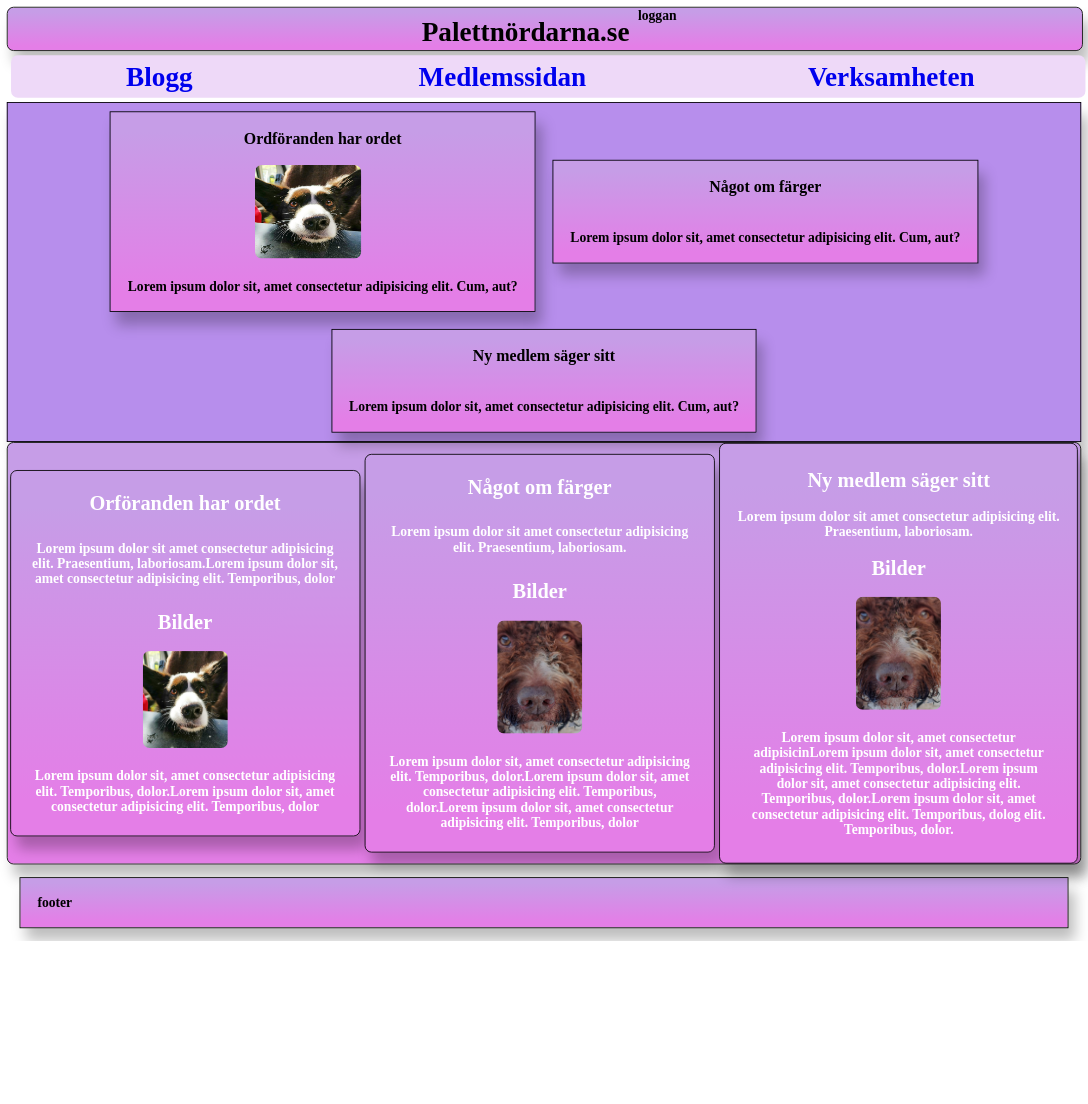
Repository: Webutveckling-20-21/lektion-3-CSS
Page: verksamheten.html
The author's editor kept a copy of each file at every save. The page is drawn from the files as they stood at one save, then again after the next save.
The browser window is 1280 px wide. The pictures show the whole page, at 85% of full size.
Some web fonts or font styles are not loaded; a fallback is used.

Above is the page before, as saved 2021-10-02 15:55:29.

### verksamheten.html
<!DOCTYPE html>
<html lang="en">

<head>
    <meta charset="UTF-8">
    <meta http-equiv="X-UA-Compatible" content="IE=edge">
    <meta name="viewport" content="width=device-width, initial-scale=1.0">
    <link rel="stylesheet" href="style1.css">
    <title>lektion 3</title>
</head>

<body>
    <div class="header">
        <h1>Palettnördarna.se</h1>
        <div class="logo">
            loggan
        </div>

    </div>

    <ul class="navbar">

        <li class="nav-list"> <a href="index.html">Blogg</a></li>
        <li><a href="om oss.html">Medlemssidan</a></li>
        <li><a href="verksamheten.html">Verksamheten</a></li>

    </ul>

    <div class="main-center">

        <div class="article1">
            <h3>Ordföranden har ordet</h3>
            <img src="images/ord.jpg" class="thumbnail" height="110" width="110" alt="Bild på ordföranden">
            <p>Lorem ipsum dolor sit, amet consectetur adipisicing elit. Cum, aut?</p>
        </div>
        <div class="article3">
            <h3>Något om färger</h3>
            <p>Lorem ipsum dolor sit, amet consectetur adipisicing elit. Cum, aut?</p>
        </div>
        <div class="article3">
            <h3>Ny medlem säger sitt</h3>
            <p>Lorem ipsum dolor sit, amet consectetur adipisicing elit. Cum, aut?</p>
        </div>
    </div>
    <div class="box">
        <div class="blue">
            <h2>Orföranden har ordet</h2>
            <p>Lorem ipsum dolor sit amet consectetur adipisicing elit. Praesentium, laboriosam.Lorem ipsum dolor sit,
                amet consectetur adipisicing elit. Temporibus, dolor </p>
            <div class="images">
                <h2>Bilder</h2>
                <img src="images/ord.jpg" alt="bild">
                <p>Lorem ipsum dolor sit, amet consectetur adipisicing elit. Temporibus, dolor.Lorem ipsum dolor sit,
                    amet consectetur adipisicing elit. Temporibus, dolor</p>
            </div>
        </div>
        <div class="green">
            <h2>Något om färger</h2>
            <p>Lorem ipsum dolor sit amet consectetur adipisicing elit. Praesentium, laboriosam. </p>
            <div class="images">
                <h2>Bilder</h2>
                <img src="images/olle.jpg" alt="bild">
                <p>Lorem ipsum dolor sit, amet consectetur adipisicing elit. Temporibus, dolor.Lorem ipsum dolor sit,
                    amet consectetur adipisicing elit. Temporibus, dolor.Lorem ipsum dolor sit, amet consectetur
                    adipisicing elit. Temporibus, dolor</p>
            </div>
        </div>
        <div class="red">
            <h2>Ny medlem säger sitt</h2>
            <div>Lorem ipsum dolor sit amet consectetur adipisicing elit. Praesentium, laboriosam.
                <div class="images">
                    <h2>Bilder</h2>
                    <img src="images/olle.jpg" alt="bild">
                    <p>Lorem ipsum dolor sit, amet consectetur adipisicinLorem ipsum dolor sit, amet consectetur
                        adipisicing elit. Temporibus, dolor.Lorem ipsum dolor sit, amet consectetur adipisicing elit.
                        Temporibus, dolor.Lorem ipsum dolor sit, amet consectetur adipisicing elit. Temporibus, dolog
                        elit. Temporibus, dolor.</p>
                </div>
            </div>
        </div>
    </div>
</body>
<div class="footer-place"> footer</div>





</html>

### style1.css
@import url('https://fonts.googleapis.com/css2?family=Grechen+Fuemen&display=swap');

body {
    font-family: 'Grechen Fuemen', cursive;
    font-weight: bolder;
}
.header{
    display:flex;
    width: 100%;
    height:50px;
    border:1px solid black;
    background: linear-gradient(to bottom, #c69de7 10%, #e47ee7 90%);
    box-shadow: 7.6px 15.2px 15.2px hsl(0deg 0% 0% / 0.26);
    border-radius:8px;
    justify-content: center;
}
.header h1 {
    margin:10px;
}

.navbar {
    width: 100%;
    height: 50px;
    display: flex;
    align-items: center;
    justify-content: space-around;
    background-color: #eed9f8;
    margin: 5px;
    border-radius:8px;
}

ul {

    list-style-type: none;
    display: flex;
    margin: 0;
    padding: 0;
    overflow: hidden;
}

.nav-list {
    margin: 5px;
}

a {
    text-decoration: none;
    font-size: 2rem;

}

a:hover {
    color: blue;
}
.thumbnail:hover {
    position:relative;
    top:-20px;
    left:-30px;
    width:500px;
    height:auto;
    display:block;
    z-index:999;
}
/* <img src="[your hosted image URL]" class="thumbnail" height="100" width="100" />  */



.box {
    background: linear-gradient(to bottom, #c69de7 10%, #e47ee7 90%);
    /* height:200px; */
    display: flex;
    max-width: 100%;
    align-items: center;
    justify-content: center;
    border: 1px solid black;
    border-radius: 8px;
    flex-wrap: wrap;
    justify-content: center;
    /* opacity: 0.5; */
    box-shadow: 7.6px 15.2px 15.2px hsl(0deg 0% 0% / 0.26);
}

.blue {

    background: linear-gradient(to bottom, #c69de7 10%, #e47ee7 90%);
    max-width: 400px;
    margin: auto;
    border: 1px solid black;
    color: white;
    text-align: center;
    border-radius: 8px;
    justify-content: center;
    padding: 5px;
    box-shadow: 7.6px 15.2px 15.2px hsl(0deg 0% 0% / 0.26);


}

.green {

    background: linear-gradient(to bottom, #c69de7 10%, #e47ee7 90%);
    max-width: 400px;
    margin: auto;
    border: 1px solid black;
    color: white;
    text-align: center;
    border-radius: 8px;
    justify-content: center;
    padding: 5px;
    box-shadow: 7.6px 15.2px 15.2px hsl(0deg 0% 0% / 0.26);


}

.red {

    background: linear-gradient(to bottom, #c69de7 10%, #e47ee7 90%);
    max-width: 400px;
    margin: auto;
    color: white;
    text-align: center;
    border: 1px solid black;

    border-radius: 8px;
    justify-content: center;
    padding: 10px;
    box-shadow: 7.6px 15.2px 15.2px hsl(0deg 0% 0% / 0.26);

}

img {
    width: 25%;
    border-radius: 8px;
    max-width: 300px;
    margin: auto;
}

h2 {
    justify-content: center;
}

.main-center h3 {
    justify-content: center;
}

.main-center {
    display: flex;
    flex-direction: row;
    flex-wrap: wrap;
    border: 1px solid black;
    align-items: center;
    justify-content: center;
    background-color: rgb(183, 142, 236);
    box-shadow: 7.6px 15.2px 15.2px hsl(0deg 0% 0% / 0.26);
}

.article1 {
    margin: 10px;
    border: 1px solid black;
    justify-content: center;
    align-items: center;
    background: linear-gradient(to bottom, #c69de7 10%, #e47ee7 90%);
    box-shadow: 7.6px 15.2px 15.2px hsl(0deg 0% 0% / 0.26);

}
.article1 img {
    border-radius: 8px;
    margin-left: 170px;
}

.article2 {
    margin: 10px;
    border: 1px solid black;
    background-color: rgb(172, 125, 233);
    box-shadow: 7.6px 15.2px 15.2px hsl(0deg 0% 0% / 0.26);
    background: linear-gradient(to bottom, #c69de7 10%, #e47ee7 90%);

}

.article3 {
    margin: 10px;
    border: 1px solid black;
    background: linear-gradient(to bottom, #c69de7 10%, #e47ee7 90%);
    box-shadow: 7.6px 15.2px 15.2px hsl(0deg 0% 0% / 0.26);
}

h3 {
    margin: auto;
}

p {
    text-align: center;
    margin: 10px;
    padding: 10px;
}

h3 {
    padding: 20px;
    text-align: center;
}

.footer-place {
    padding: 20px;
    margin: 15px;
    border: 1px solid black;
    background: linear-gradient(to bottom, #c69de7 10%, #e47ee7 90%);
    box-shadow: 7.6px 15.2px 15.2px hsl(0deg 0% 0% / 0.26);
}

After the next save:
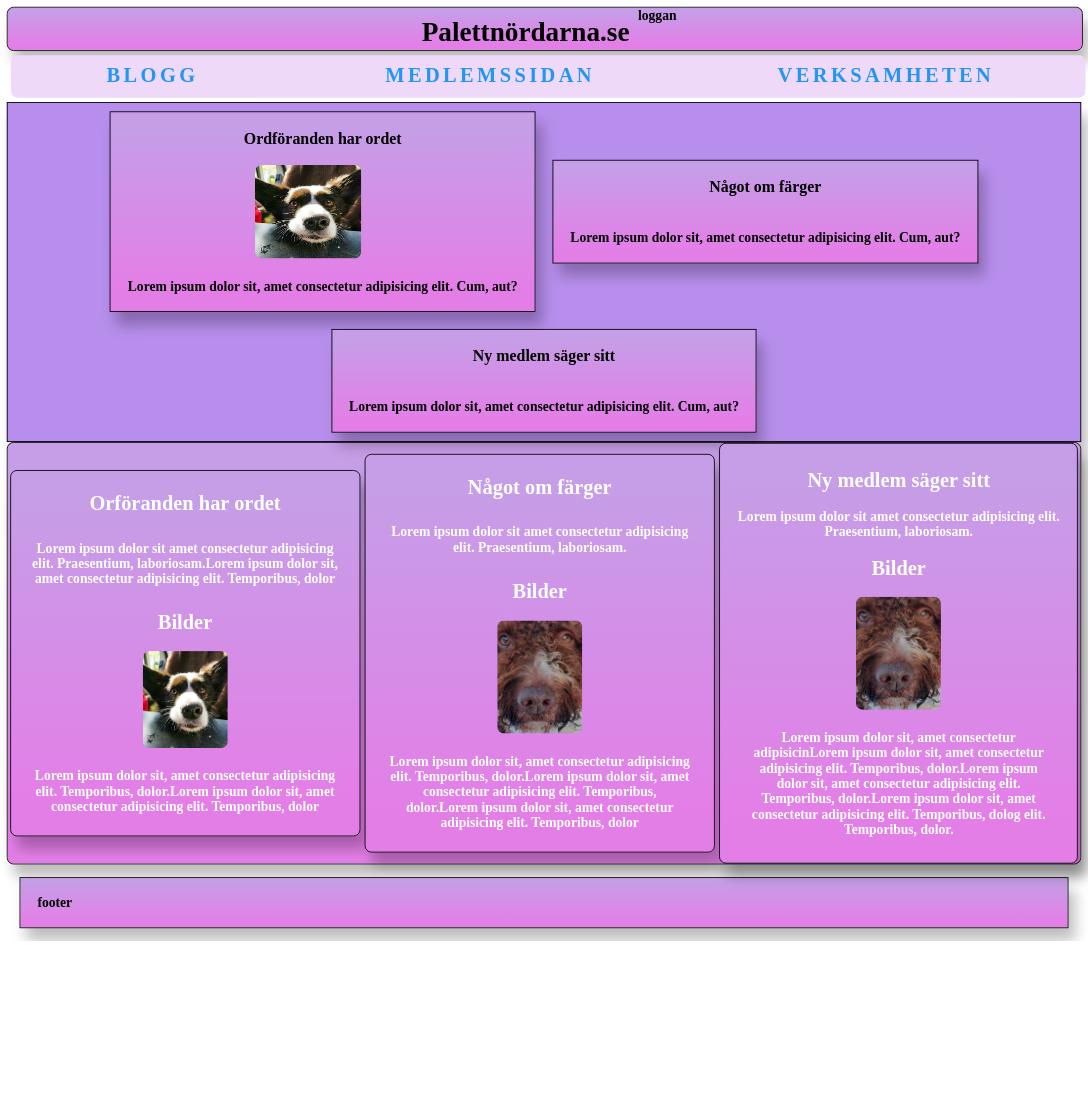
Saved 4 min 30 s later.
--- a/style1.css
+++ b/style1.css
@@ -41,24 +41,71 @@ ul {
 .nav-list {
     margin: 5px;
 }
-
-a {
+a
+{
+    position: relative;
+    display: inline-block;
+    padding: 15px 30px;
+    color: #2196F3;
+    text-transform: uppercase;
+    letter-spacing: 4px;
     text-decoration: none;
-    font-size: 2rem;
-
-}
-
-a:hover {
-    color: blue;
-}
-.thumbnail:hover {
-    position:relative;
-    top:-20px;
-    left:-30px;
-    width:500px;
-    height:auto;
-    display:block;
-    z-index:999;
+    font-size: 24px;
+    overflow: hidden;
+    transition: 0.2s;
+}
+a:hover
+{
+    color: #255784;
+    background: #2196F3;
+    transition-delay: 1s;
+    box-shadow: 0 0 10px #2196F3, 0 0 40px #2196F3, 0 0 80px #2196F3;
+}
+a span
+{
+    position: absolute;
+    display: block;
+}
+a span:nth-child(1)
+{
+    top: 0;
+    left: -100%;
+    width: 100%;
+    height: 2px;
+    background: linear-gradient(90deg,transparent,#2196F3);
+}
+a:hover span:nth-child(1)
+{
+    left: 100%;
+    transition: 1s;
+}
+a span:nth-child(3)
+{
+    bottom: 0;
+    right: -100%;
+    width: 100%;
+    height: 2px;
+    background: linear-gradient(270deg,transparent,#2196F3);
+}
+a:hover span:nth-child(3)
+{
+    right: 100%;
+    transition: 1s;
+    transition-delay: 0.5s;
+}
+a span:nth-child(2)
+{
+    top: -100%;
+    right: 0;
+    width: 2px;
+    height: 100%;
+    background: linear-gradient(180deg,transparent,#2196F3);
+}
+a:hover span:nth-child(2)
+{
+    top: 100%;
+    transition: 1s;
+    transition-delay: 0.25s;
 }
 /* <img src="[your hosted image URL]" class="thumbnail" height="100" width="100" />  */
 
